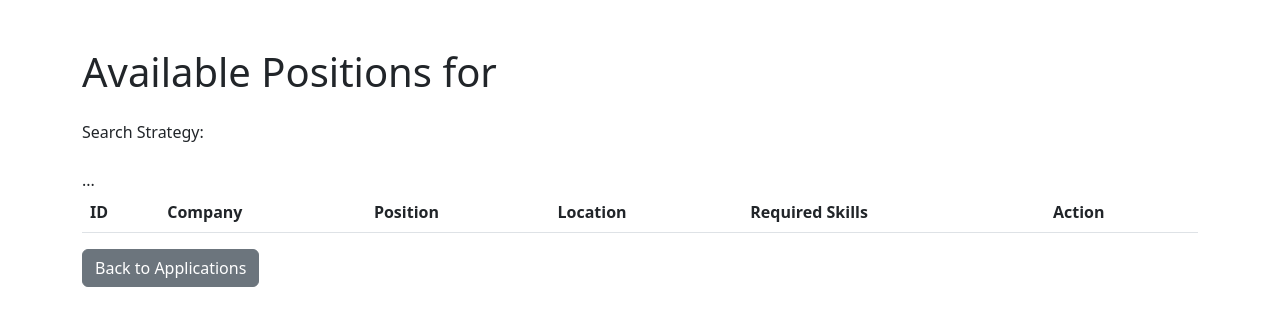
Repository: haskelllover/traineeship_app
Page: http://localhost/committee/instructions
The author's editor kept a copy of each file at every save. The page is drawn from the files as they stood at one save, then again after the next save.
The browser window is 1280 px wide. The pictures show the whole page.
The page is this project's Thymeleaf template; nobody is signed in. The template is opened directly, without the code that normally fills it, so the values that code supplies are empty.

Above is the page before, as saved 2025-05-17 18:50:05.

### traineeship_app/src/main/resources/templates/committee/instructions.html
<!DOCTYPE html>
<html xmlns:th="http://www.thymeleaf.org">
<head>
    <meta charset="UTF-8">
    <title>Available Positions</title>
    <link rel="stylesheet" href="https://cdn.jsdelivr.net/npm/bootstrap@5.3.0/dist/css/bootstrap.min.css">
</head>
<body>
	<div class="container mt-5">
	    <h1 class="mb-4">Available Positions for <span th:text="${studentUsername}"></span></h1>
	    <p class="mb-4">Search Strategy: <span th:text="${strategy}"></span></p>

	    <div th:if="${successMessage}" class="alert alert-success" th:text="${successMessage}"></div>
	    <div th:if="${errorMessage}" class="alert alert-danger" th:text="${errorMessage}"></div>

	    <div th:if="${positions.empty}" class="alert alert-info">
	        No available positions found matching the criteria.
	    </div>
	    ...

        <table th:unless="${positions.empty}" class="table table-striped">
            <thead>
                <tr>
                    <th>ID</th>
                    <th>Company</th>
                    <th>Position</th>
                    <th>Location</th>
                    <th>Required Skills</th>
                    <th>Action</th>
                </tr>
            </thead>
            <tbody>
                <tr th:each="position : ${positions}">
                    <td th:text="${position.id}"></td>
                    <td th:text="${position.company.companyName}"></td>
                    <td th:text="${position.title}"></td>
                    <td th:text="${position.company.companyLocation}"></td>
                    <td th:text="${position.skills}"></td>
                    <td>
                        <form th:action="@{/committee/assign-position}" method="post">
                            <input type="hidden" name="positionId" th:value="${position.id}">
                            <input type="hidden" name="studentUsername" th:value="${studentUsername}">
                            <button type="submit" class="btn btn-success btn-sm">Assign</button>
                        </form>
                    </td>
                </tr>
            </tbody>
        </table>

        <a th:href="@{/committee/applications}" class="btn btn-secondary">Back to Applications</a>
    </div>

    <script src="https://cdn.jsdelivr.net/npm/bootstrap@5.3.0/dist/js/bootstrap.bundle.min.js"></script>
</body>
</html>

After the next save:
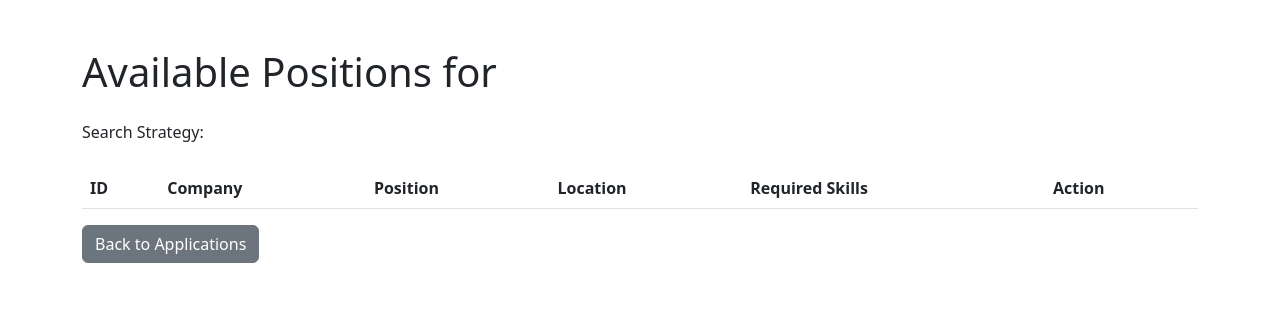
Saved 69 s later.
--- a/traineeship_app/src/main/resources/templates/committee/instructions.html
+++ b/traineeship_app/src/main/resources/templates/committee/instructions.html
@@ -16,7 +16,6 @@
 	    <div th:if="${positions.empty}" class="alert alert-info">
 	        No available positions found matching the criteria.
 	    </div>
-	    ...
 
         <table th:unless="${positions.empty}" class="table table-striped">
             <thead>
